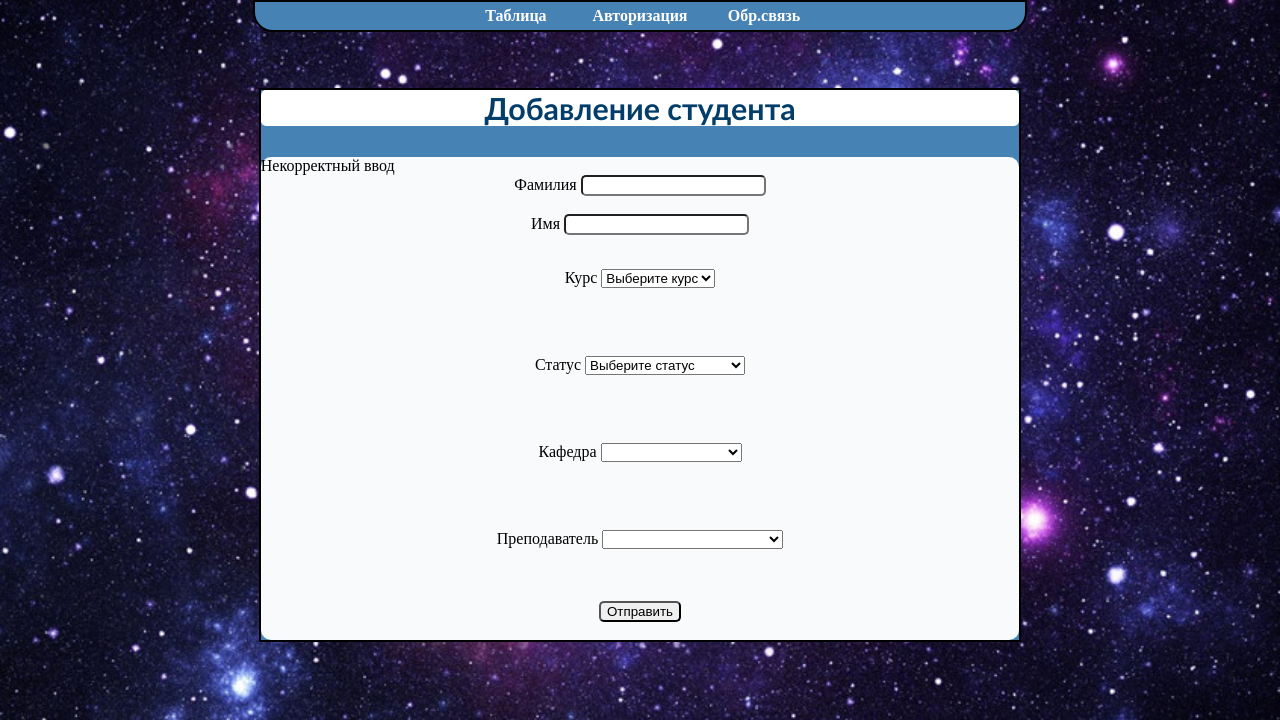
Repository: BeliaevAleksei/WeBCourse
Page: http://localhost/addSt.php
The author's editor kept a record of every edit. The page is drawn from the files as they stood at one moment, then again after the next edit.
The browser window is 1280 px wide. The pictures show the whole page.
The page is run by PHP 8.4 with error messages shown; the project is at /var/www/html/. The session is filled in as if someone had signed in: {"Id": 1, "Name": 1, "isAdmin": 1, "check": "1"}. Queries for data that is not in the repository find no rows.

Above is the page before.

After the next edit:
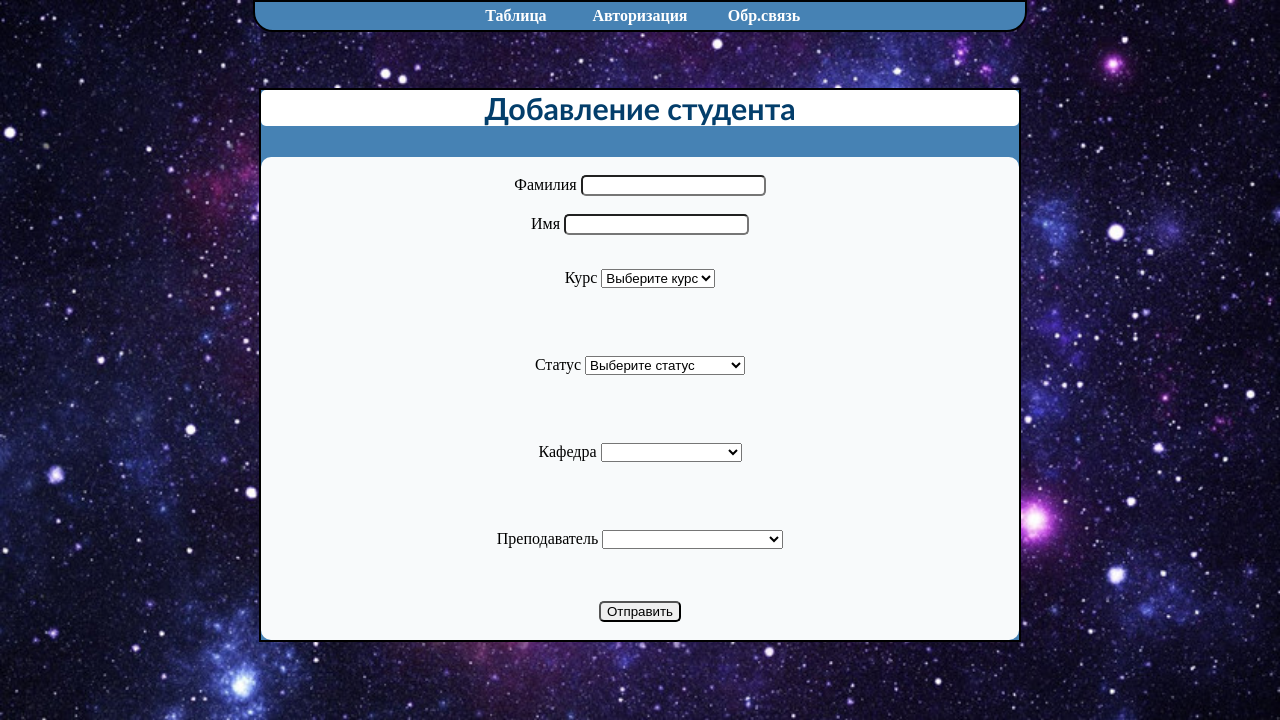
The edit:
--- a/Учебная практика/addSt.php
+++ b/Учебная практика/addSt.php
@@ -21,16 +21,6 @@
 			<div class="main-text-content">
 				<?php
 				session_start();
-				$check = $_SESSION['check'];
-				if($check = 2){
-				    echo " Некорректный ввод ";
-				    $_SESSION['check'] = 1;
-					unset($_SESSION['check']);
-				}
-				else if($check = 3){
-				    echo  "Кафедра и преподаталеь не совпадают ";
-				    unset($_SESSION['check']);
-				}
 				include ('dao.php');
 				echo "</br>";
 				echo "<form action=\"AddStInTable.php\" method=\"post\">";
